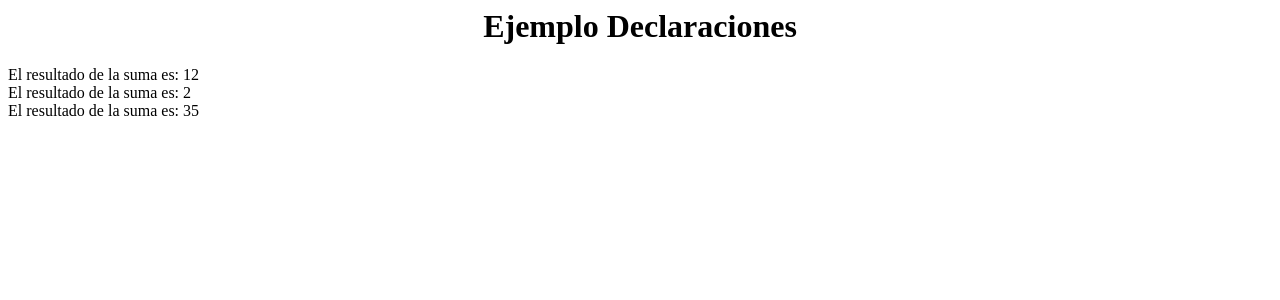
Repository: jchemile/varios
Page: http://localhost/Primeros_pasos_JSP/EjemploDeclaraciones.jsp
The author's editor kept a copy of each file at every save. The page is drawn from the files as they stood at one save, then again after the next save.
The browser window is 1280 px wide. The pictures show the whole page.
The page is served by Tomcat 9. Other server files are loaded and not shown.

Above is the page before, as saved 2020-04-19 03:51:37.

### pildoras_informaticas/javaee/Primeros_pasos_JSP/WebContent/EjemploDeclaraciones.jsp
<html>
<body>

<h1 style="text-align: center">
Ejemplo Declaraciones
</h1>

<%!
private int resultado;

public int metodoSuma(int num1, int num2){
	resultado = num1 + num2;
	return resultado;
}

public int metodoResta(int num1, int num2){
	resultado = num1 - num2;
	return resultado;
}

public int metodoMultiplica(int num1, int num2){
	resultado = num1 * num2;
	return resultado;
}
%>

El resultado de la suma es: <%= metodoSuma(7,5) %>
<br>
El resultado de la suma es: <%= metodoResta(7,5) %>
<br>
El resultado de la suma es: <%= metodoMultiplica(7,5) %>


</body>
</html>

After the next save:
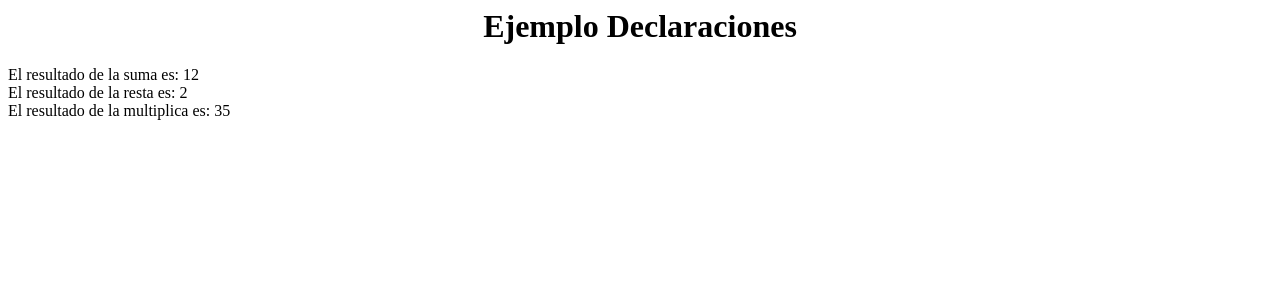
Saved 27 s later.
--- a/pildoras_informaticas/javaee/Primeros_pasos_JSP/WebContent/EjemploDeclaraciones.jsp
+++ b/pildoras_informaticas/javaee/Primeros_pasos_JSP/WebContent/EjemploDeclaraciones.jsp
@@ -26,9 +26,9 @@ public int metodoMultiplica(int num1, int num2){
 
 El resultado de la suma es: <%= metodoSuma(7,5) %>
 <br>
-El resultado de la suma es: <%= metodoResta(7,5) %>
+El resultado de la resta es: <%= metodoResta(7,5) %>
 <br>
-El resultado de la suma es: <%= metodoMultiplica(7,5) %>
+El resultado de la multiplica es: <%= metodoMultiplica(7,5) %>
 
 
 </body>
